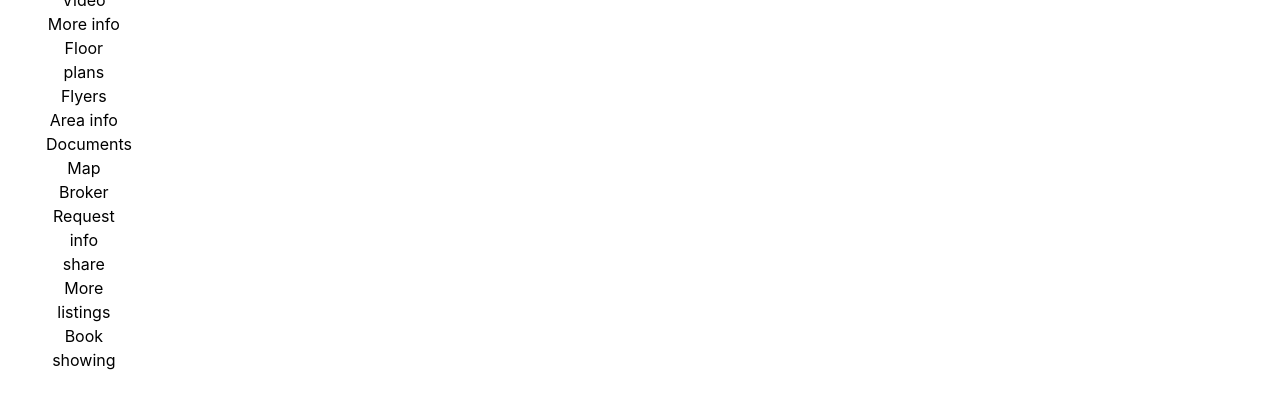
Repository: TMuse333/real-estate-landingpage
Page: /
These files come from the project's save history. The page is drawn as it stood at one moment and after the next save; the edit follows.
The browser window is 1280 px wide. The pictures show the whole page.
The project was rebuilt for these pictures with package versions that can differ from the ones it lists, and the page was loaded fresh each time. Also part of the build but not shown: vite.config.js.

Above is the page before, as saved 2023-09-19 16:30:33.

### src/App.jsx
import { useState } from 'react'

import './App.css'

import Navbar from './components/navbar'

function App() {


  return (
    <>
    <Navbar/>
    </>
  )
}

export default App

### src/App.css
.header-container{
  display: flex;
  justify-content: space-between;
  align-items: center;
  width: 100vw;
  position: fixed;
  top:0px;
  background-color: white;
  height: 40px;

  /* display: flex;
  justify-content: space-between;
  align-items: center;
  width: 100vw;
  position: fixed;
  top: 0px;

  height: 50px;
  z-index: -1;
  color:black; */

 }

  .nav-list{

  list-style: none;
padding: 0;
  padding-bottom: 10px;
  margin: 0;
  transform: translate(15px,60px);
  width: 55%;

}

.list-container {
  position: relative;
  display: flex;
  flex-direction: column;
  align-items: center;
  text-align: center;
  color: black;
}

.nav-button{
position: relative;
  background-color: black;
z-index: 100;
  color: red;
}

/* @media screen and (min-width: 415px) and (min-height: 415px){
  .header-container{
    display: flex;
    justify-content: space-between;
    align-items: center;
    width: 100vw;
    position: fixed;
    top: 50px;
    background: linear-gradient(to right, #F4A460, #FF8C00);
height: max-content;
gap:10px;
   }

   .list-container {
    position: absolute;
    display: flex;
 flex-wrap: wrap;
    justify-content:space-around;
    left: 50%;
    transform: translateX(-50%);
    width: 80%;
    margin-bottom:100px;
  }

  .nav-list{
    display: flex;


    width: 100%;
  }

  .nav-button{
    display: none;
  }

  } */

### src/components/navbar.jsx
import React, { useState,useEffect } from 'react';




const Navbar = () => {
  const [subMenuVisible, setSubMenuVisible] = useState(false);

  const toggleSubMenu = () => {
    setSubMenuVisible(!subMenuVisible);
  };

  const scrollToSection = (sectionId) => {

    const element = document.getElementById(sectionId);
    if (element) {

      element.scrollIntoView({
        behavior: 'smooth', // Smooth scrolling
        block: 'start',    // Scroll to the top of the element
      });
    }
  }

  useEffect(() => {
    // Function to update sub-menu visibility when the screen width changes
    const handleResize = () => {
      const screenWidth = window.innerWidth;
      setSubMenuVisible(screenWidth >= 415); // Set subMenuVisible to true if screen width is at least 415 pixels
    };

    // Add a resize event listener to update the sub-menu visibility
    window.addEventListener('resize', handleResize);

    // Initial call to set sub-menu visibility based on current screen width
    handleResize();

    // Clean up the event listener when the component unmounts
    return () => {
      window.removeEventListener('resize', handleResize);
    };
  }, []);

  const style = {

    opacity: subMenuVisible ? 1 : 0
    ,

  };

  return (
    <div className='header-container'>

      <div className='list-container'>
        <button onClick={toggleSubMenu} className='nav-button'>
          press me
        </button>
        <ul style={style} className='nav-list'>

          <li onClick={()=>scrollToSection('about')}>Home</li>

          <li onClick={()=>scrollToSection('description')}>Description</li>

          <li onClick={()=>scrollToSection('price')}>price and features</li>

          <li onClick={()=>scrollToSection('amenities')}>Amenities</li>

          <li onClick={()=>scrollToSection('photo-gallery')}>Photo gallery</li>

          <li onClick={()=>scrollToSection('video')}>Video</li>

          <li onClick={()=>scrollToSection('more-info')}>More info</li>

          <li onClick={()=>scrollToSection('floor-plans')}>Floor plans</li>

          <li onClick={()=>scrollToSection('flyers')}>Flyers</li>

          <li onClick={()=>scrollToSection('area-info')}>Area info</li>

          <li onClick={()=>scrollToSection('document')}>Documents</li>

          <li onClick={()=>scrollToSection('map')}>Map</li>

          <li onClick={()=>scrollToSection('broker')}>Broker</li>

          <li onClick={()=>scrollToSection('request-info')}>Request info</li>

          <li onClick={()=>scrollToSection('share')}>share</li>

          <li onClick={()=>scrollToSection('more-listings')}>More listings</li>

          <li onClick={()=>scrollToSection('book-showing')}>Book showing</li>





        </ul>
      </div>
    </div>
  );
};

export default Navbar;

Loaded but not shown: index.html (common file); src/main.jsx (common file); src/index.css (common file)

After the next save:
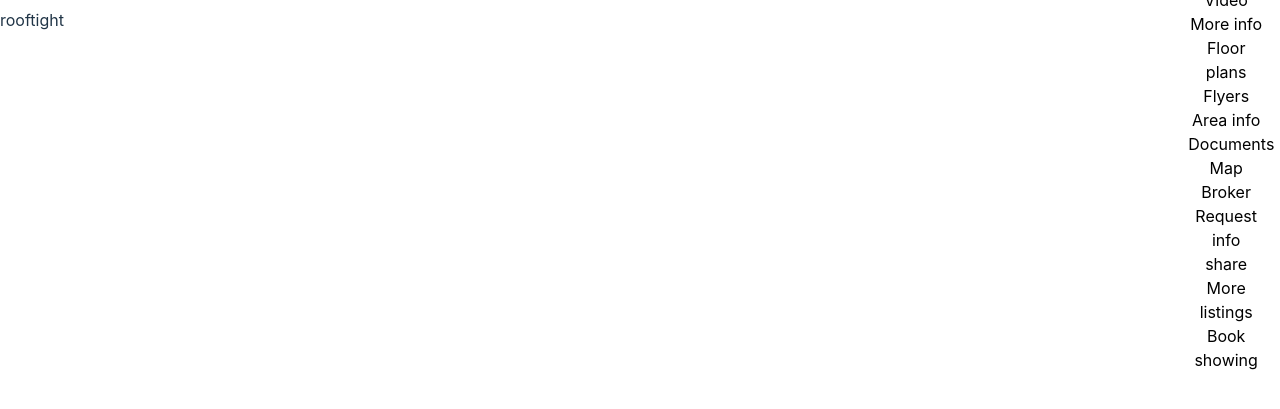
Saved 31 s later.
--- a/src/components/navbar.jsx
+++ b/src/components/navbar.jsx
@@ -50,7 +50,7 @@
 
   return (
     <div className='header-container'>
-
+      <div className='logo'>rooftight</div>
       <div className='list-container'>
         <button onClick={toggleSubMenu} className='nav-button'>
           press me

After the save that followed:
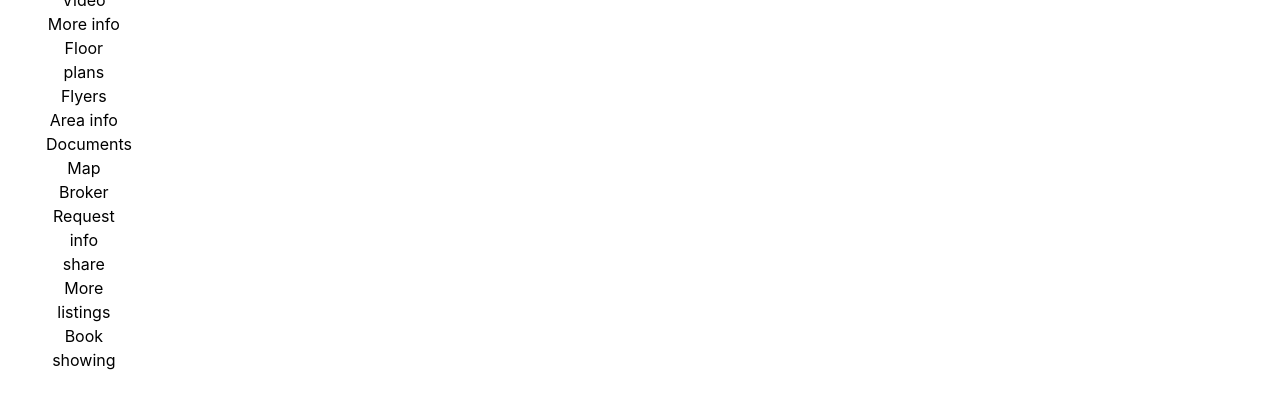
Saved 10 s later.
--- a/src/components/navbar.jsx
+++ b/src/components/navbar.jsx
@@ -50,7 +50,7 @@
 
   return (
     <div className='header-container'>
-      <div className='logo'>rooftight</div>
+
       <div className='list-container'>
         <button onClick={toggleSubMenu} className='nav-button'>
           press me
